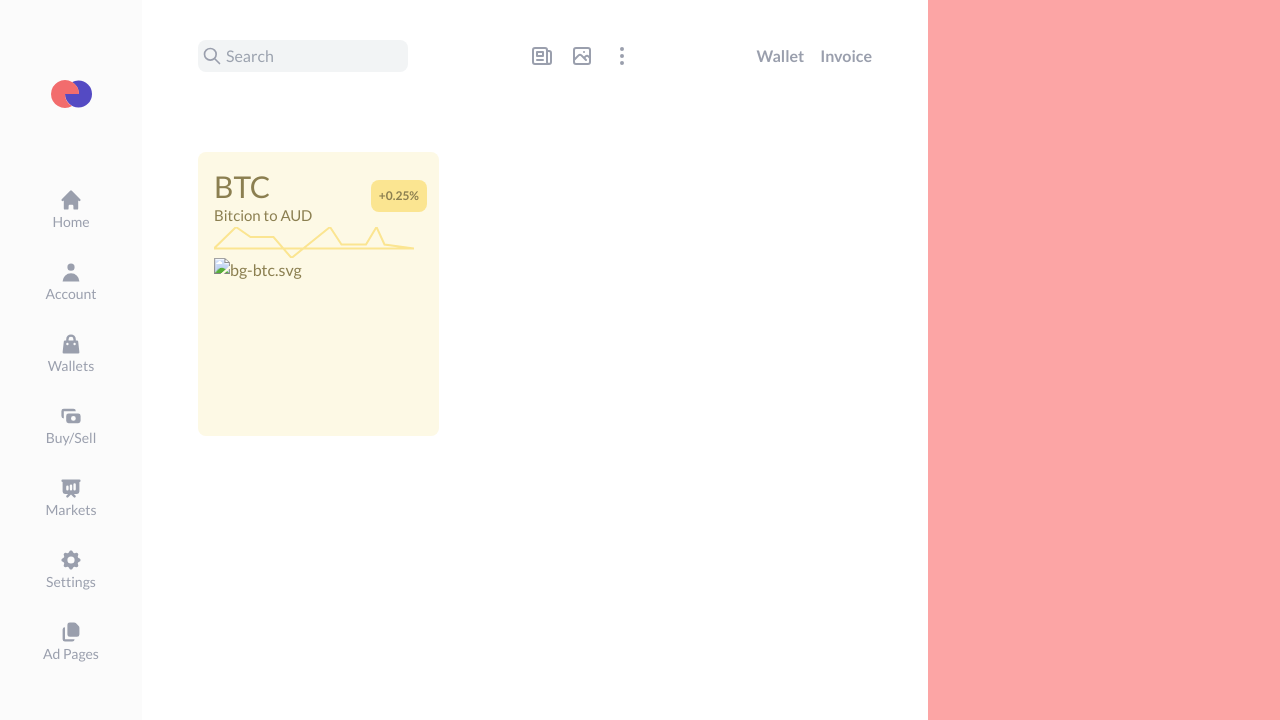
Repository: almaqdad55/crypto-app-nextjs
Page: /
These files come from the project's save history. The page is drawn as it stood at one moment and after the next save; the edit follows.
The browser window is 1280 px wide. The pictures show the whole page.
The project was rebuilt for these pictures with package versions that can differ from the ones it lists, and the page was loaded fresh each time. The framework's server and built-in components were replaced by stand-ins that run in the browser.

Above is the page before, as saved 2022-01-04 20:50:09.

After the next save:
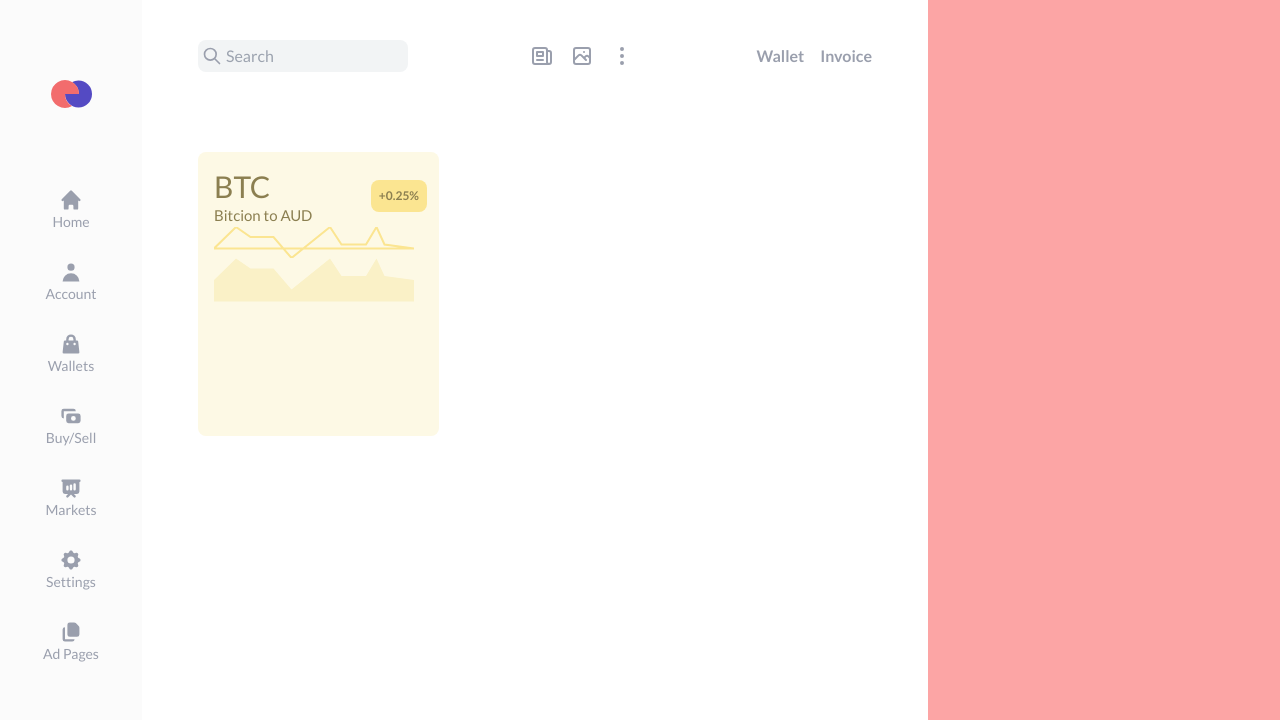
Saved 17 s later.
--- a/components/Card.jsx
+++ b/components/Card.jsx
@@ -7,7 +7,7 @@ const Card = () => {
       <h1 className="text-3xl ">BTC</h1>
       <p className="text-[15px]">Bitcion to AUD</p>
       <img src="/btc-chart.svg" alt="" />
-      <img src="/" alt="bg-btc.svg" />
+      <img src="/bg-btc.svg" alt="" />
     </div>
   );
 };
